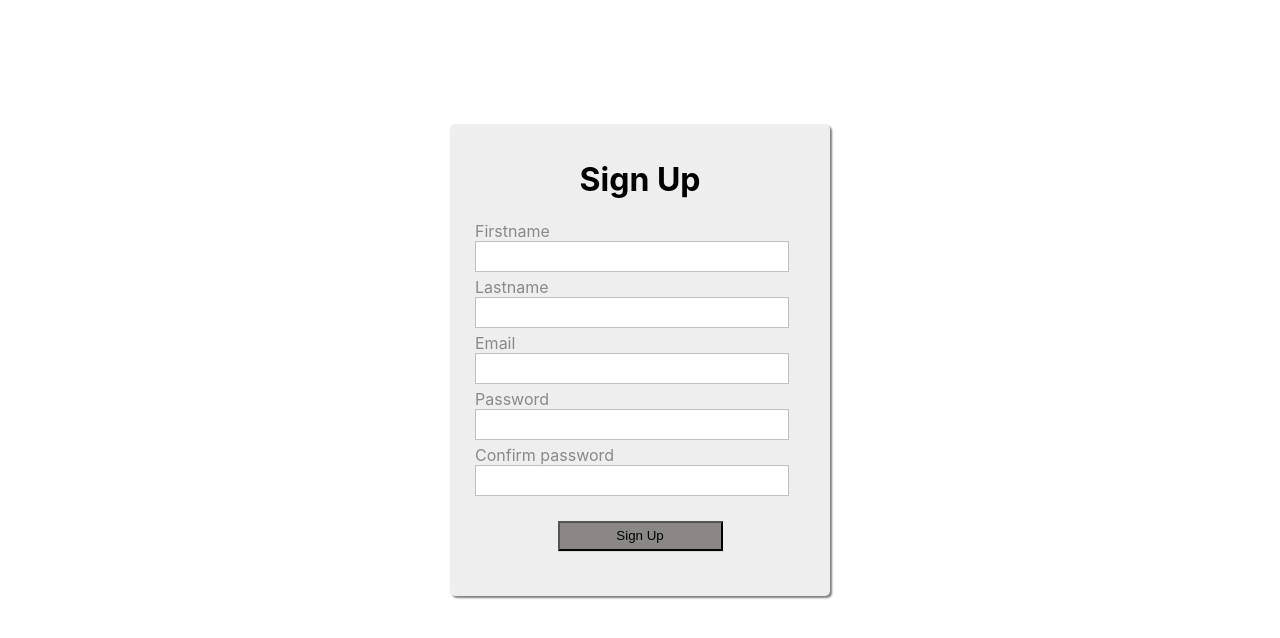
Repository: khamraeva/JSP-homework1-sighup
Page: /
The author's editor kept a copy of each file at every save. The page is drawn from the files as they stood at one save, then again after the next save.
The browser window is 1280 px wide. The pictures show the whole page.
The project was rebuilt for these pictures with package versions that can differ from the ones it lists, and the page was loaded fresh each time.

Above is the page before, as saved 2020-07-22 17:20:35.

After the next save:
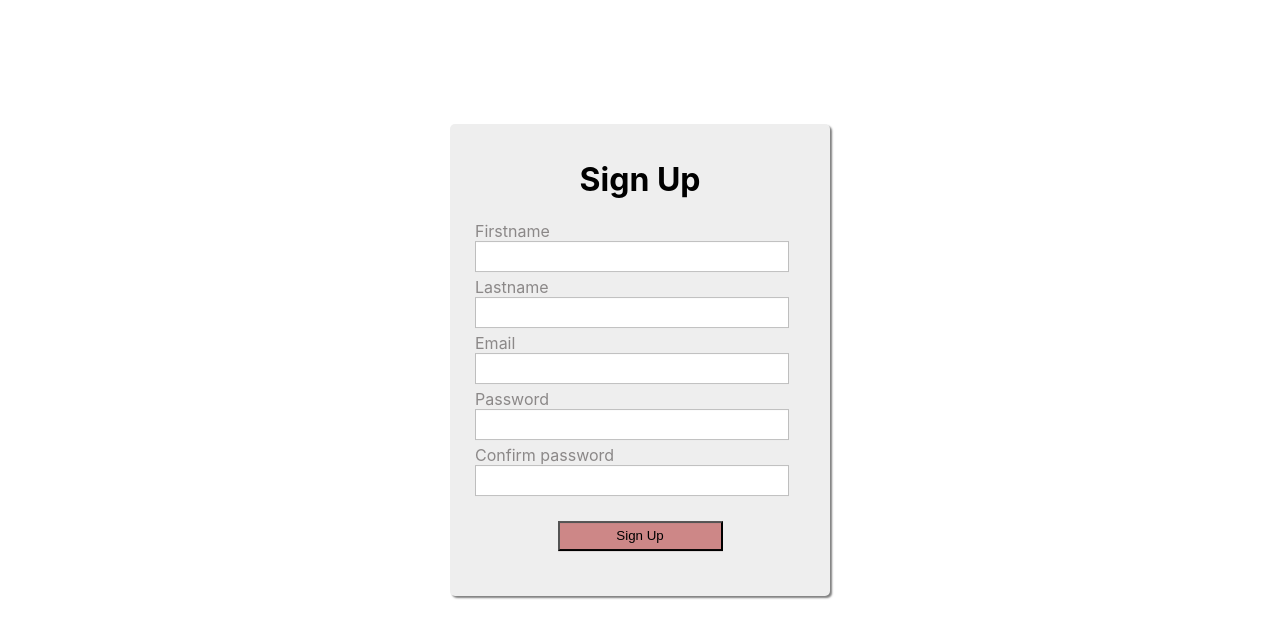
Saved 45 s later.
--- a/src/Components/SignUp/SignUp.css
+++ b/src/Components/SignUp/SignUp.css
@@ -42,5 +42,5 @@
     width: 50%;
     height: 30px;
     margin: 20px 0;
-    background-color: rgba(74, 68, 68, .6);
+    background-color: rgba(183, 68, 68, .6);
 }
